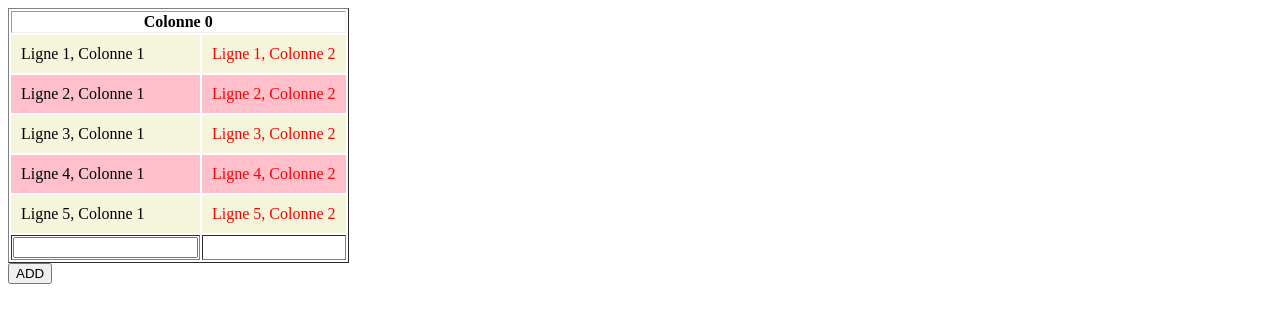
Repository: Chaimaa482/web-tp4
Page: ex1.html
The author's editor kept a copy of each file at every save. The page is drawn from the files as they stood at one save, then again after the next save.
The browser window is 1280 px wide. The pictures show the whole page.
After loading, the first visible `button` was clicked once.

Above is the page before, as saved 2023-10-29 14:52:48.

After the next save:
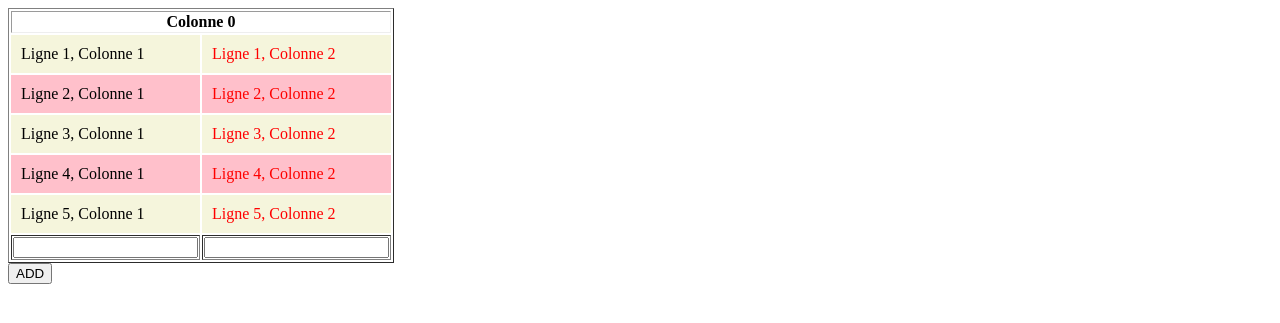
Saved 31 s later.
--- a/ex1.html
+++ b/ex1.html
@@ -83,7 +83,7 @@
          var addButton = document.querySelector('button');
          addButton.addEventListener('click', function() {
          var newRow = document.createElement('tr');
-         newRow.innerHTML = "<td><input type='text' value=''></td><td></td>";
+         newRow.innerHTML = "<td><input type='text' value=''></td><td><input type='text' value=''></td>";
 
          document.querySelector('table').appendChild(newRow);
 
